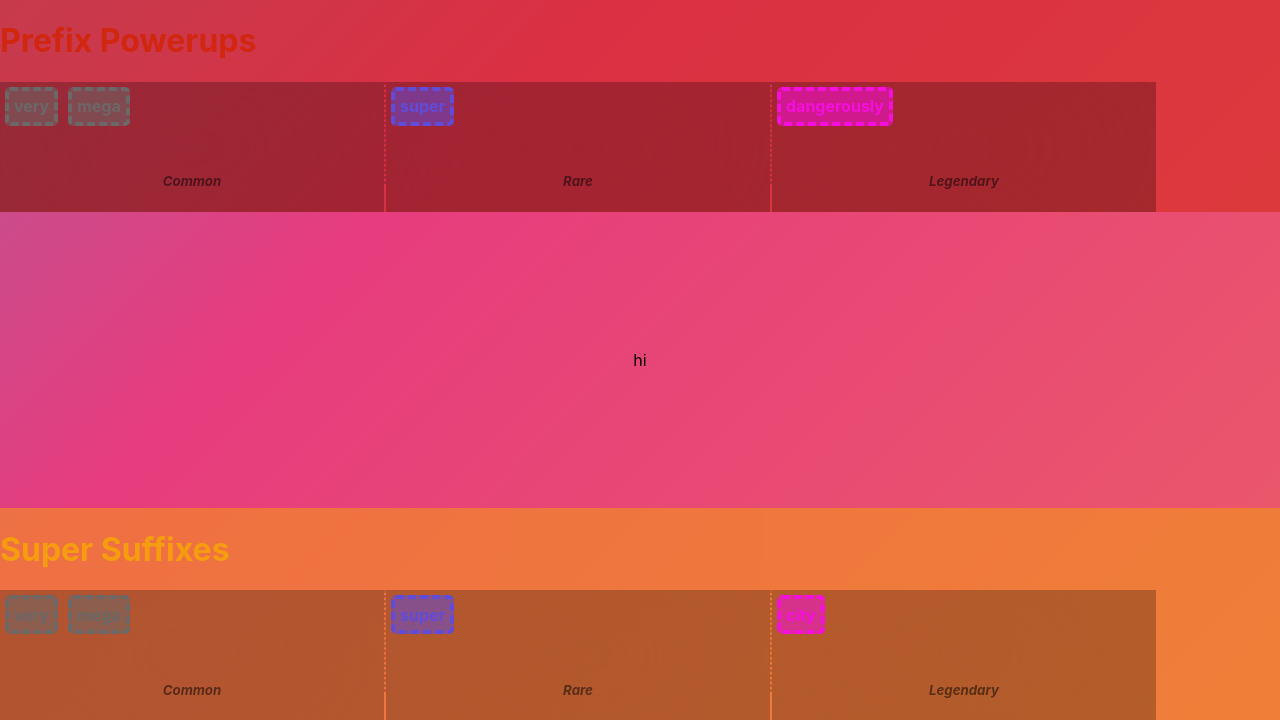
Repository: bsalgado98/buns-inator
Page: /
These files come from the project's save history. The page is drawn as it stood at one moment and after the next save; the edit follows.
The browser window is 1280 px wide. The pictures show the whole page.
The project was rebuilt for these pictures with package versions that can differ from the ones it lists, and the page was loaded fresh each time.

Above is the page before, as saved 2022-04-25 23:21:07.

After the next save:
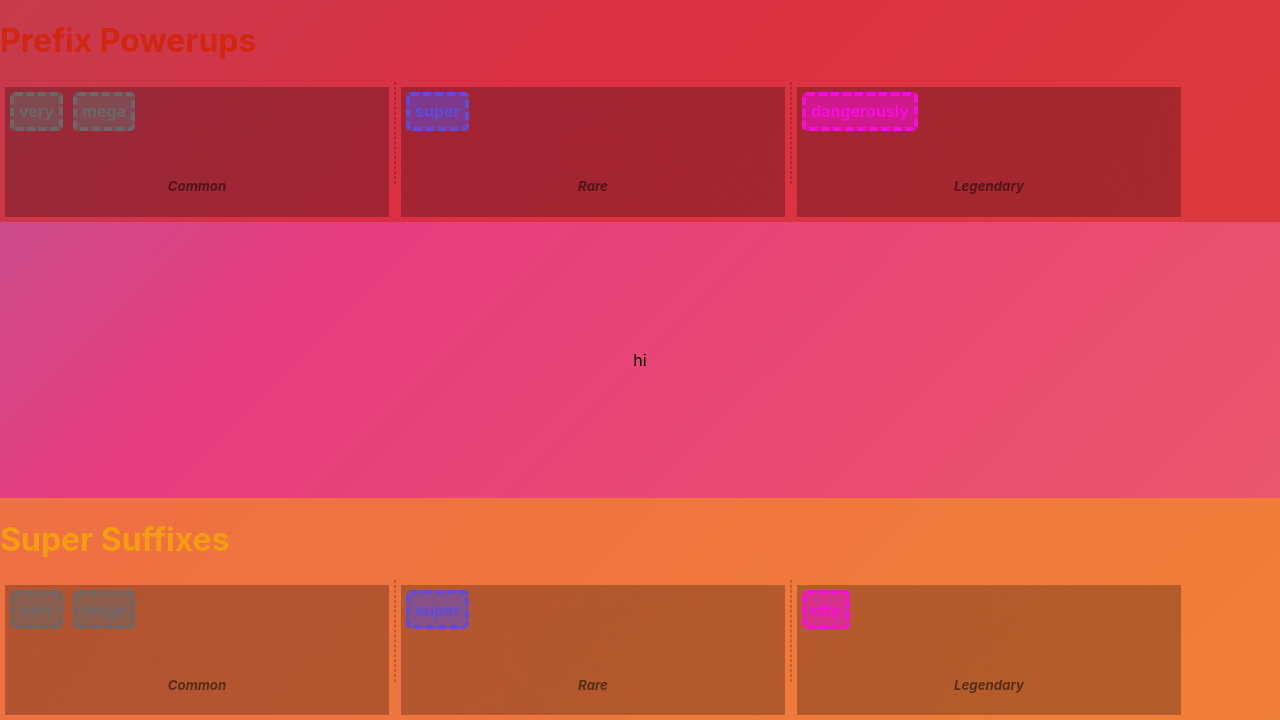
Saved 13 s later.
--- a/src/components/WordBank/WordBank.js
+++ b/src/components/WordBank/WordBank.js
@@ -30,7 +30,8 @@ const WordBank = ({ bankTitle = "N/A", color = "#000000", wordCollection = [] })
                     flexDirection: 'column',
                     width: '30%',
                     backgroundColor: 'rgba(0, 0, 0, 0.25)',
-                    backdropFilter: 'blur(100px)'
+                    backdropFilter: 'blur(100px)',
+                    margin: '5px'
                 },
                 wordArea: {
                     style: {
